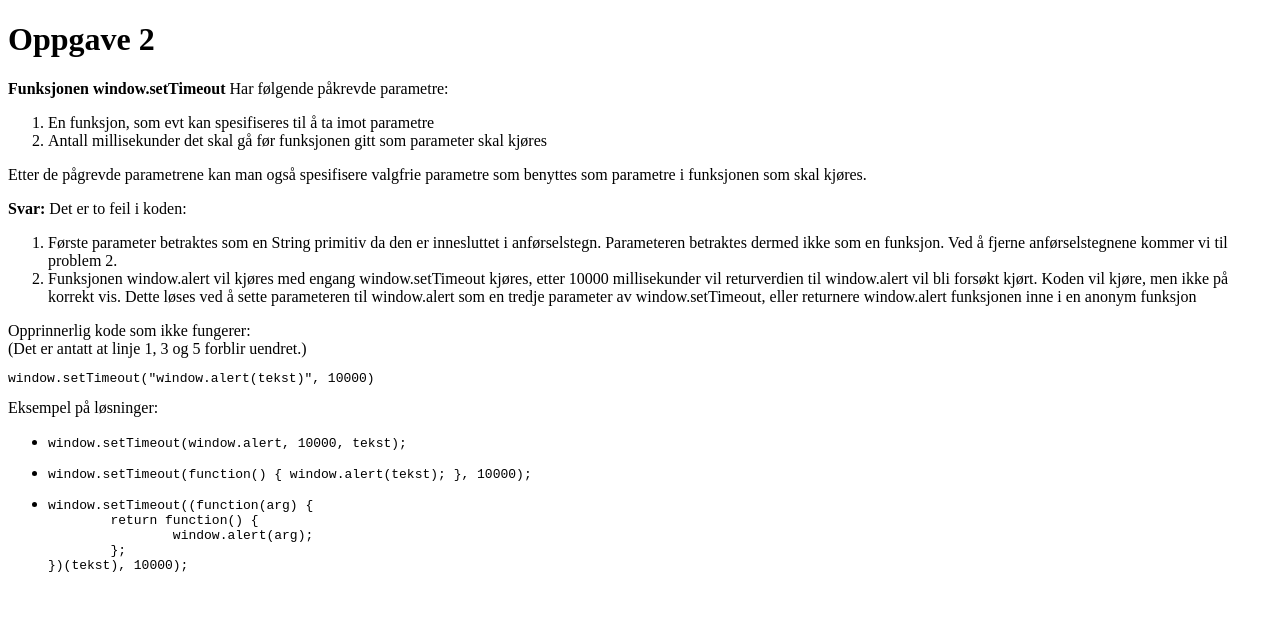
Repository: superdids/DAT152
Page: Oblig1/WebContent/oppgave02.html
An editor plug-in stored every save of this project. The page is shown before and after the next save, followed by the edit.
The browser window is 1280 px wide. The pictures show the whole page.

Above is the page before, as saved 2015-09-06 15:04:08.

After the next save:
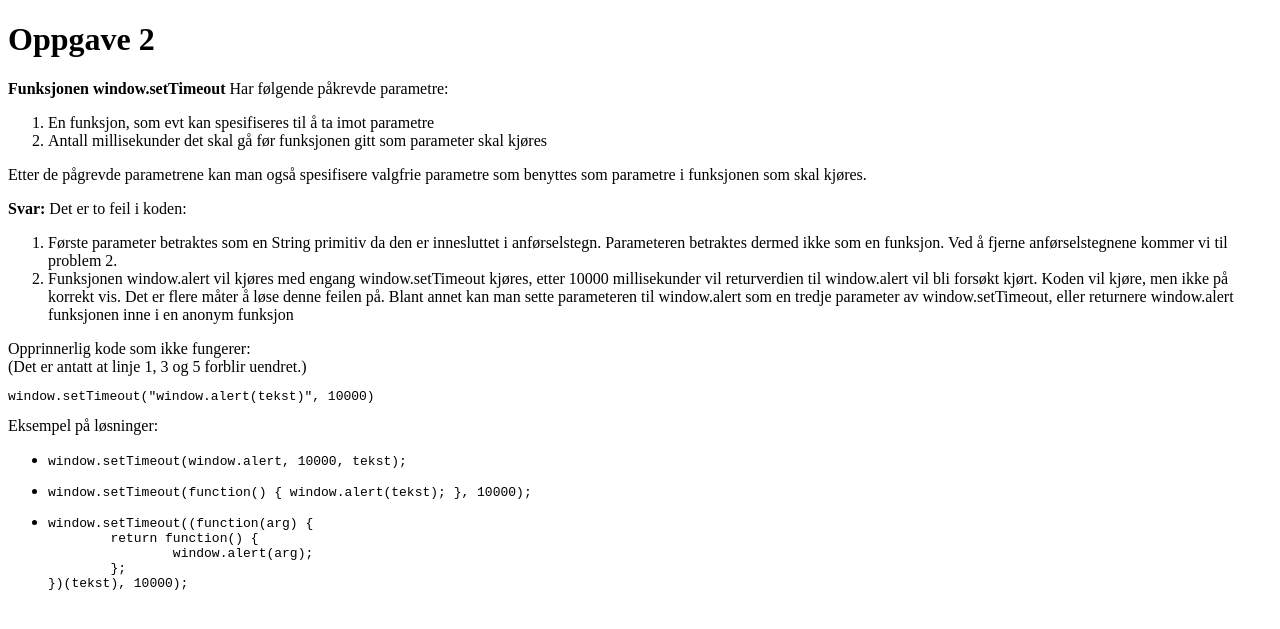
Saved 2 min 6 s later.
--- a/Oblig1/WebContent/oppgave02.html
+++ b/Oblig1/WebContent/oppgave02.html
@@ -24,9 +24,9 @@ fjerne anførselstegnene kommer vi til problem 2.</li>
 <li>Funksjonen window.alert vil kjøres med engang window.setTimeout kjøres,
 etter 10000 millisekunder vil returverdien til window.alert
 vil bli forsøkt kjørt. Koden vil kjøre, men ikke på korrekt vis.
-Dette løses ved å sette parameteren til window.alert som en tredje parameter
-av window.setTimeout, eller returnere window.alert funksjonen inne i en anonym
-funksjon </li>
+Det er flere måter å løse denne feilen på. Blant annet kan man sette parameteren
+til window.alert som en tredje parameter av window.setTimeout, eller returnere
+window.alert funksjonen inne i en anonym funksjon </li>
 </ol>
 Opprinnerlig kode som ikke fungerer: <br />
 (Det er antatt at linje 1, 3 og 5 forblir uendret.)
